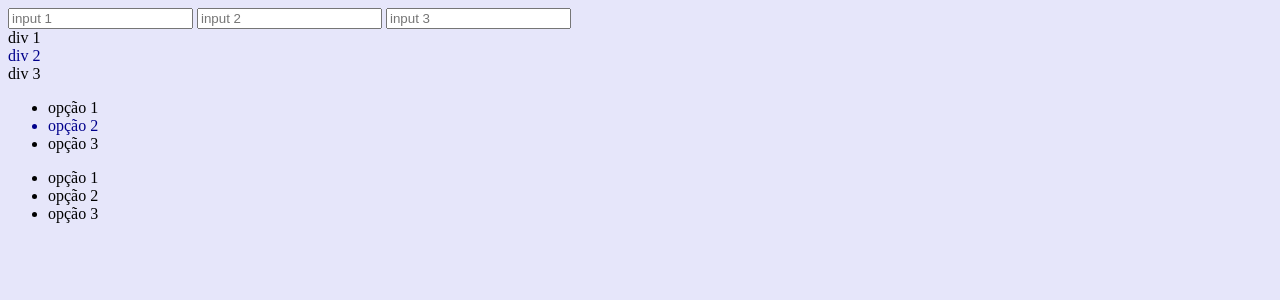
Repository: 2001mariana/jquery
Page: select-elements-part2.html
These files come from the project's save history. The page is drawn as it stood at one moment and after a run of saves; the edit follows.
The browser window is 1280 px wide. The pictures show the whole page.

Above is the page before, as saved 2022-07-26 17:35:58.

### select-elements-part2.html
<!DOCTYPE html>
<html>
<head>
    <meta charset='utf-8'>
    <meta http-equiv='X-UA-Compatible' content='IE=edge'>
    <title>Parte 1- select elements</title>
    <meta name='viewport' content='width=device-width, initial-scale=1'>
    <!-- <link rel='stylesheet' type='text/css' media='screen' href='main.css'> -->
    <!-- <script src='main.js'></script> -->
    <script src="https://code.jquery.com/jquery-3.6.0.min.js" integrity="sha256-/xUj+3OJU5yExlq6GSYGSHk7tPXikynS7ogEvDej/m4=" crossorigin="anonymous"></script>
</head>
<body style="background-color: #E6E6FA;">


		<input type="text" placeholder="input 1" />
		<input type="text" placeholder="input 2" />
		<input type="text" placeholder="input 3" />

		<div class="lista1">
			<div class="exemplo2">div 1</div>
			<div class="exemplo2">div 2</div>
			<div class="exemplo2">div 3</div>
		</div>

		<ul class="lista1">
			<li>opção 1</li>
			<li class="exemplo2">opção 2</li>
			<li class="exemplo2">opção 3</li>
		</ul>

		<ul class="lista2">
			<li class="exemplo2">opção 1</li>
			<li class="exemplo2">opção 2</li>
			<li>opção 3</li>
		</ul>

	</body>

	<script>

		//Combinação de seletores

			//selecionar elementos por classe de tag específica
			//console.log($('div.exemplo1'))

			//selecionar elementos por classe de classe específica
			//console.log($('ul.lista1 .exemplo2'))

		//Atuação sobre o array de retorno dos elementos selecionados
		console.log($('.lista1 .exemplo2'))

		console.log($('.lista1 .exemplo2:first'))
		console.log($('.lista1 .exemplo2:last'))
		console.log($('.lista1 .exemplo2:even'))//retorna apenas os indices pares dentro dessa seleção
		console.log($('.lista1 .exemplo2:odd'))//retorna apenas os indices impares dentro dessa seleção

        $('.lista1 .exemplo2:even').css("color", "")
		$('.lista1 .exemplo2:odd').css("color", "	#00008B")
	</script>
</html>

After the next 3 saves:
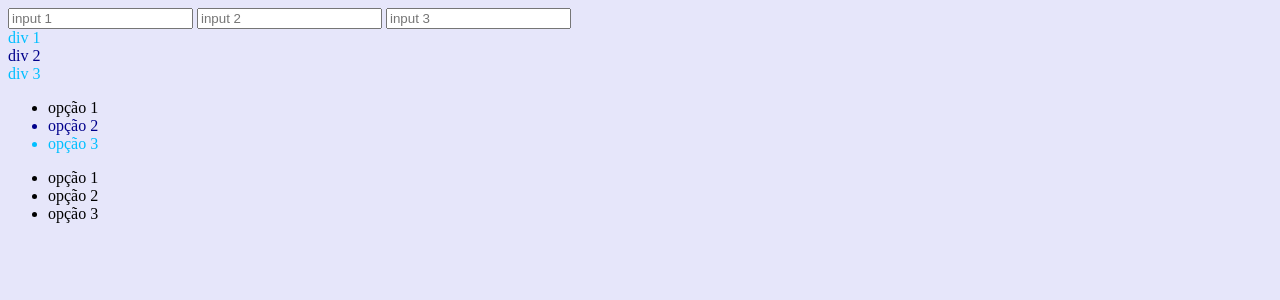
The 3 saves are shown as one change because they came seconds apart.
The last was saved 11 s later.
--- a/select-elements-part2.html
+++ b/select-elements-part2.html
@@ -54,7 +54,7 @@
 		console.log($('.lista1 .exemplo2:even'))//retorna apenas os indices pares dentro dessa seleção
 		console.log($('.lista1 .exemplo2:odd'))//retorna apenas os indices impares dentro dessa seleção
 
-        $('.lista1 .exemplo2:even').css("color", "")
-		$('.lista1 .exemplo2:odd').css("color", "	#00008B")
+        $('.lista1 .exemplo2:even').css("color", "#00BFFF")
+		$('.lista1 .exemplo2:odd').css("color", "#00008B")
 	</script>
 </html>
